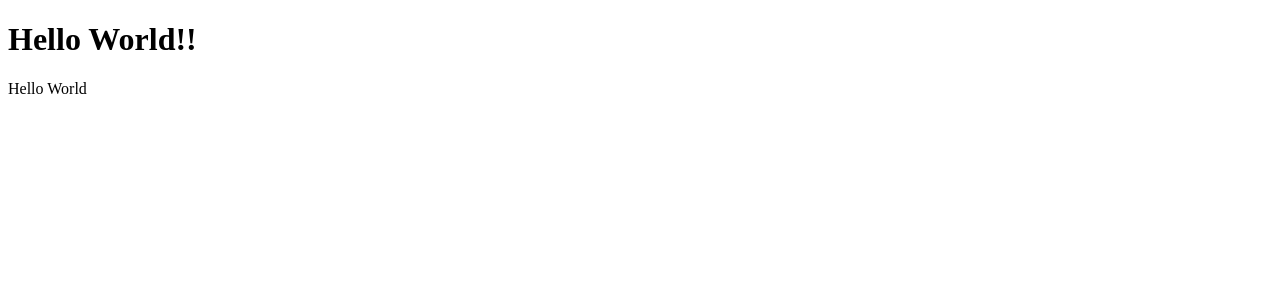
Repository: kawanwagnner/estudos_java
Page: http://localhost/FicSabado/
An editor plug-in stored every save of this project. The page is shown before and after the next save, followed by the edit.
The browser window is 1280 px wide. The pictures show the whole page.
The page is served by Tomcat 9.

Above is the page before, as saved 2024-02-17 20:23:02.

After the next save:
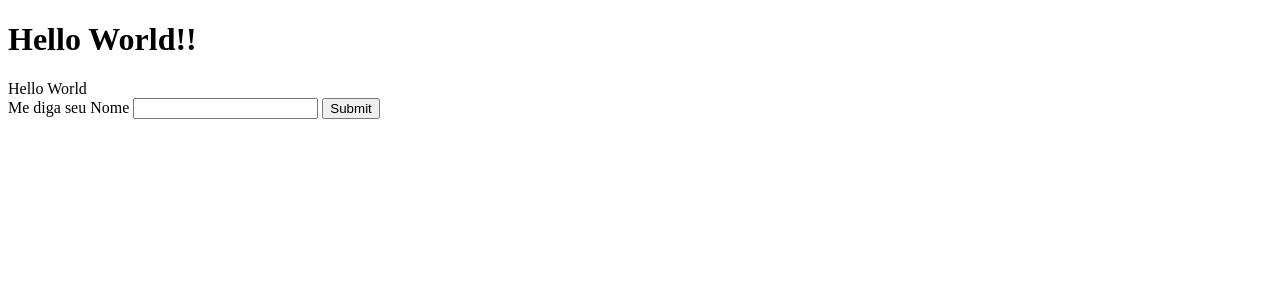
Saved 24 min 22 s later.
--- a/FicSabado/src/main/webapp/index.jsp
+++ b/FicSabado/src/main/webapp/index.jsp
@@ -11,5 +11,12 @@
 	<%
 		out.println("Hello World");
 	%>
+
+	<form method="POST" action="index.jsp">
+
+		<label>Me diga seu Nome</label>
+		<input name="sometxt" type="text" />
+		<input type="submit" placeholder="Enviar" />
+	</form>
 </body>
 </html>
